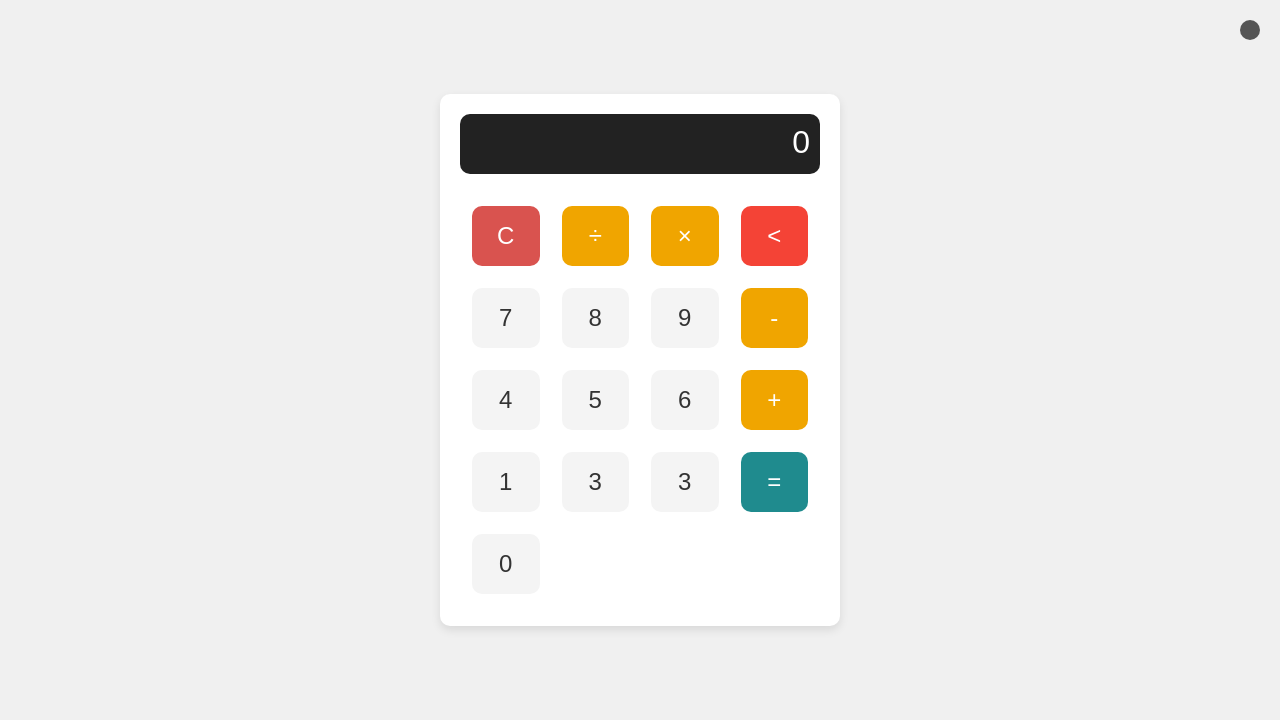
Repository: akhiranandan-04/Calculator
Page: index.html
These files come from the project's save history. The page is drawn as it stood at one moment and after the next save; the edit follows.
The browser window is 1280 px wide. The pictures show the whole page.

Above is the page before, as saved 2024-10-09 17:10:35.

### index.html
<!DOCTYPE html>
<html lang="en">
<head>
    <meta charset="UTF-8">
    <meta name="viewport" content="width=device-width, initial-scale=1.0">
    <title>Calculator</title>
    <link rel="stylesheet" href="style.css">
</head>
<body>

    <div class="container">
        <div class="calculater dark">
            <div class="theme-toggler active">
                <i class="toggler-icon"></i>
            </div>
            <div class="display-screen">
                <div id="display"><h1>Calculator</h1></div>
            </div>
            <div class="buttons">
                <table>
                    <tr>
                        <td><button class="btn-operater" id="clear">C</button></td>
                        <td><button class="btn-operater" id="/">&divide;</button></td>
                        <td><button class="btn-operater" id="*">&times;</button></td>
                        <td><button class="btn-operater" id="backspace"><</button></td>
                    </tr>
                    <tr>
                        <td><button class="btn-num" id="7">7</button></td>
                        <td><button class="btn-num" id="8">8</button></td>
                        <td><button class="btn-num" id="9">9</button></td>
                        <td><button class="btn-operater" id="-">-</button></td>
                    </tr>
                    <tr>
                        <td><button class="btn-num" id="4">4</button></td>
                        <td><button class="btn-num" id="5">5</button></td>
                        <td><button class="btn-num" id="6">6</button></td>
                        <td><button class="btn-operater" id="+">+</button></td>
                    </tr>
                    <tr>
                        <td><button class="btn-num" id="1">1</button></td>
                        <td><button class="btn-num" id="2">3</button></td>
                        <td><button class="btn-num" id="3">3</button></td>
                        <td><button class="btn-equal" id="equal">=</button></td>
                    </tr>
                    <tr>
                        <td><button class="btn-num" id="0">0</button></td>

                    </tr>
                </table>
            </div>
        </div>
    </div>

    <script src="script.js"></script>

</body>
</html>

### style.css

* {
    margin: 0;
    padding: 0;
    box-sizing: border-box;
    background: linear-gradient(rgba(0,0,0,0.5) red);
}

body {
    font-family: Arial, sans-serif;
    display: flex;
    justify-content: center;
    align-items: center;
    height: 100vh;
    background-color: #f0f0f0;

}

.container {
    display: flex;
    justify-content: center;
    align-items: center;
}

.calculater {
    width: 400px;
    background-color: #fff;
    border-radius: 10px;
    box-shadow: 0 4px 10px rgba(0, 0, 0, 0.1);
    padding: 20px;
}

#display{
    color: white;
}
.display-screen {
    width: 100%;
    height: 60px;
    background-color: #222;
    color: white;
    border-radius: 10px;
    text-align: right;
    padding: 10px;
    font-size: 2em;
}

.buttons {
    margin-top: 20px;
}

table {
    width: 100%;
    table-layout: fixed;
}

td {
    width: 25%;
    padding: 10px;
}

button {
    width: 100%;
    height: 60px;
    font-size: 1.5em;
    border: none;
    outline: none;
    border-radius: 10px;
    cursor: pointer;
    transition: background-color 0.3s;
}


.btn-num {
    background-color: #f4f4f4;
    color: #333;
}

.btn-operater {
    background-color: #f0a500;
    color: white;
}

.btn-equal {
    background-color: #1f8b8e;
    color: white;
}

button:hover {
    opacity: 0.8;
}

#clear {
    background-color: #d9534f;
    color: white;
}

#backspace {
    background-color: #f44336;
    color: white;
}

/* Theme Toggler */
.theme-toggler {
    position: absolute;
    top: 20px;
    right: 20px;
    background-color: #222;
    color: white;
    padding: 10px;
    border-radius: 50%;
    cursor: pointer;
}

.theme-toggler.active {
    background-color: #555;
}

body.dark .calculater {
    background-color: #333;
}

body.dark .display-screen {
    background-color: #111;
}

body.dark button {
    background-color: #444;
    color: #fff;
}

body.dark #clear {
    background-color: #c9302c;
}

### script.js
const display = document.getElementById('display');
const clear = document.getElementById('clear');
const backspace = document.getElementById('backspace');
const equal = document.getElementById('equal');
const buttons = document.querySelectorAll('.btn-num, .btn-operater');

let currentInput = '';

function updateDisplay() {
    display.innerHTML = currentInput || '0';
}

buttons.forEach(button => {
    button.addEventListener('click', () => {
        const buttonText = button.innerText;

        if (button.classList.contains('btn-num') || button.classList.contains('btn-operater')) {
            currentInput += buttonText;
        }

        updateDisplay();
    });
});

backspace.addEventListener('click', () => {
    currentInput = currentInput.slice(0, -1);
    updateDisplay();
});

clear.addEventListener('click', () => {
    currentInput = '';
    updateDisplay();
});

equal.addEventListener('click', () => {
    try {
        currentInput = eval(currentInput).toString();
    } catch (e) {
        currentInput = 'Error';
    }
    updateDisplay();
});

updateDisplay();

const themeToggler = document.querySelector('.theme-toggler');

themeToggler.addEventListener('click', () => {
    document.body.classList.toggle('dark');
    themeToggler.classList.toggle('active');
});

After the next save:
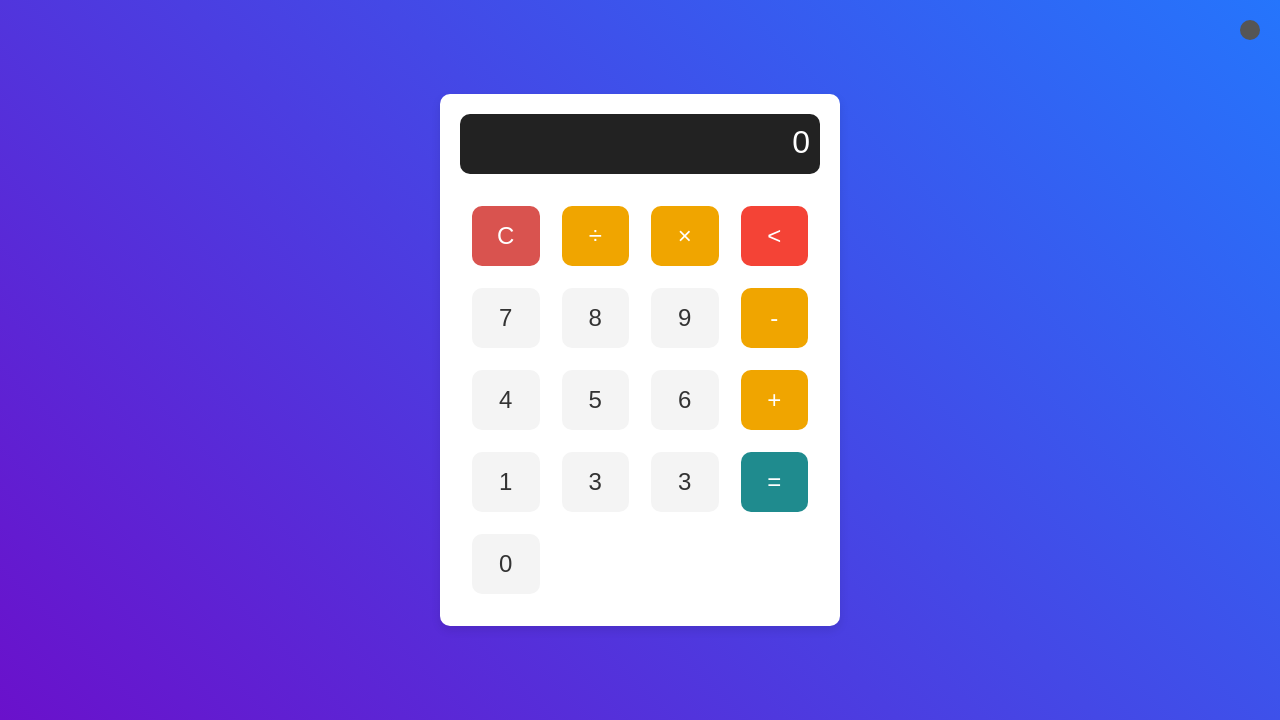
Saved 2 min 15 s later.
--- a/style.css
+++ b/style.css
@@ -1,9 +1,7 @@
-
 * {
     margin: 0;
     padding: 0;
     box-sizing: border-box;
-    background: linear-gradient(rgba(0,0,0,0.5) red);
 }
 
 body {
@@ -12,8 +10,8 @@
     justify-content: center;
     align-items: center;
     height: 100vh;
-    background-color: #f0f0f0;
-
+    background: linear-gradient(45deg, #6a11cb, #2575fc);
+    color: white;
 }
 
 .container {
@@ -30,9 +28,6 @@
     padding: 20px;
 }
 
-#display{
-    color: white;
-}
 .display-screen {
     width: 100%;
     height: 60px;
@@ -42,6 +37,11 @@
     text-align: right;
     padding: 10px;
     font-size: 2em;
+}
+
+#display h1 {
+    font-size: 1.5em;
+    color: white;
 }
 
 .buttons {
@@ -68,7 +68,6 @@
     cursor: pointer;
     transition: background-color 0.3s;
 }
-
 
 .btn-num {
     background-color: #f4f4f4;
@@ -99,7 +98,6 @@
     color: white;
 }
 
-/* Theme Toggler */
 .theme-toggler {
     position: absolute;
     top: 20px;
@@ -114,20 +112,3 @@
 .theme-toggler.active {
     background-color: #555;
 }
-
-body.dark .calculater {
-    background-color: #333;
-}
-
-body.dark .display-screen {
-    background-color: #111;
-}
-
-body.dark button {
-    background-color: #444;
-    color: #fff;
-}
-
-body.dark #clear {
-    background-color: #c9302c;
-}

After the save that followed:
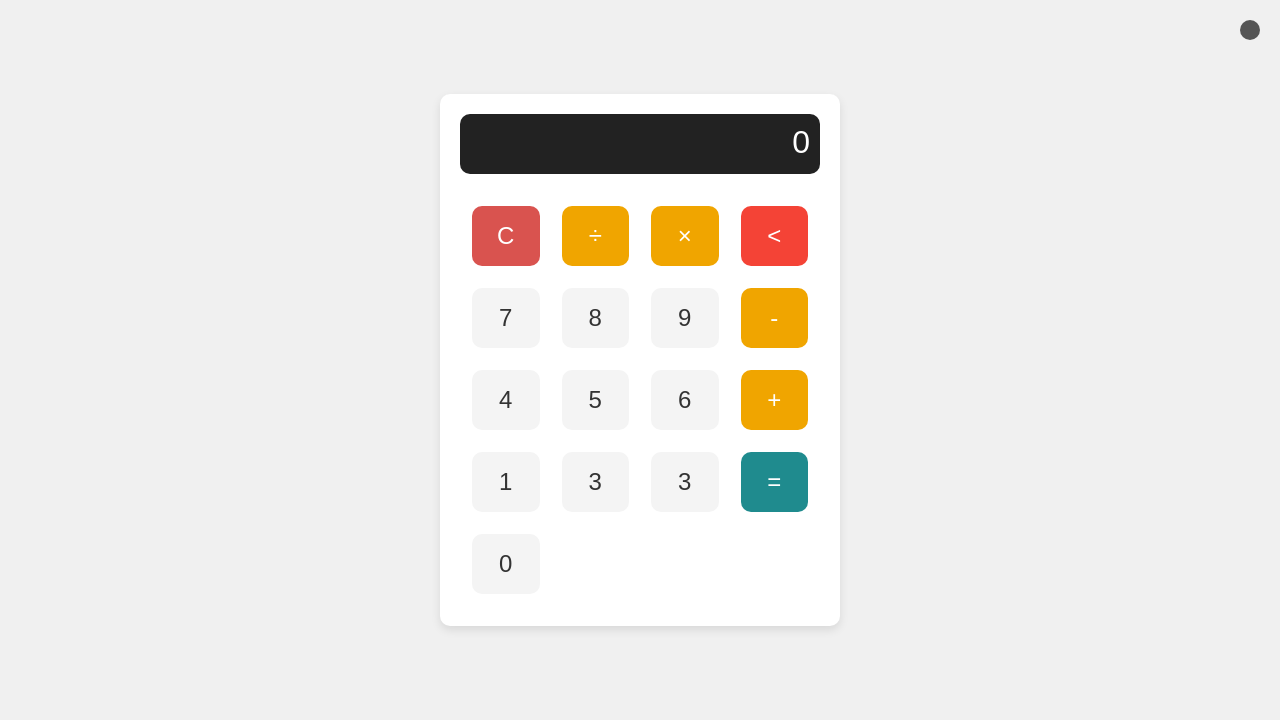
Saved 26 s later.
--- a/style.css
+++ b/style.css
@@ -1,7 +1,9 @@
+
 * {
     margin: 0;
     padding: 0;
     box-sizing: border-box;
+    background: linear-gradient(rgba(0,0,0,0.5) red);
 }
 
 body {
@@ -10,8 +12,8 @@
     justify-content: center;
     align-items: center;
     height: 100vh;
-    background: linear-gradient(45deg, #6a11cb, #2575fc);
-    color: white;
+    background-color: #f0f0f0;
+
 }
 
 .container {
@@ -28,6 +30,9 @@
     padding: 20px;
 }
 
+#display{
+    color: white;
+}
 .display-screen {
     width: 100%;
     height: 60px;
@@ -37,11 +42,6 @@
     text-align: right;
     padding: 10px;
     font-size: 2em;
-}
-
-#display h1 {
-    font-size: 1.5em;
-    color: white;
 }
 
 .buttons {
@@ -68,6 +68,7 @@
     cursor: pointer;
     transition: background-color 0.3s;
 }
+
 
 .btn-num {
     background-color: #f4f4f4;
@@ -98,6 +99,7 @@
     color: white;
 }
 
+/* Theme Toggler */
 .theme-toggler {
     position: absolute;
     top: 20px;
@@ -112,3 +114,20 @@
 .theme-toggler.active {
     background-color: #555;
 }
+
+body.dark .calculater {
+    background-color: #333;
+}
+
+body.dark .display-screen {
+    background-color: #111;
+}
+
+body.dark button {
+    background-color: #444;
+    color: #fff;
+}
+
+body.dark #clear {
+    background-color: #c9302c;
+}
